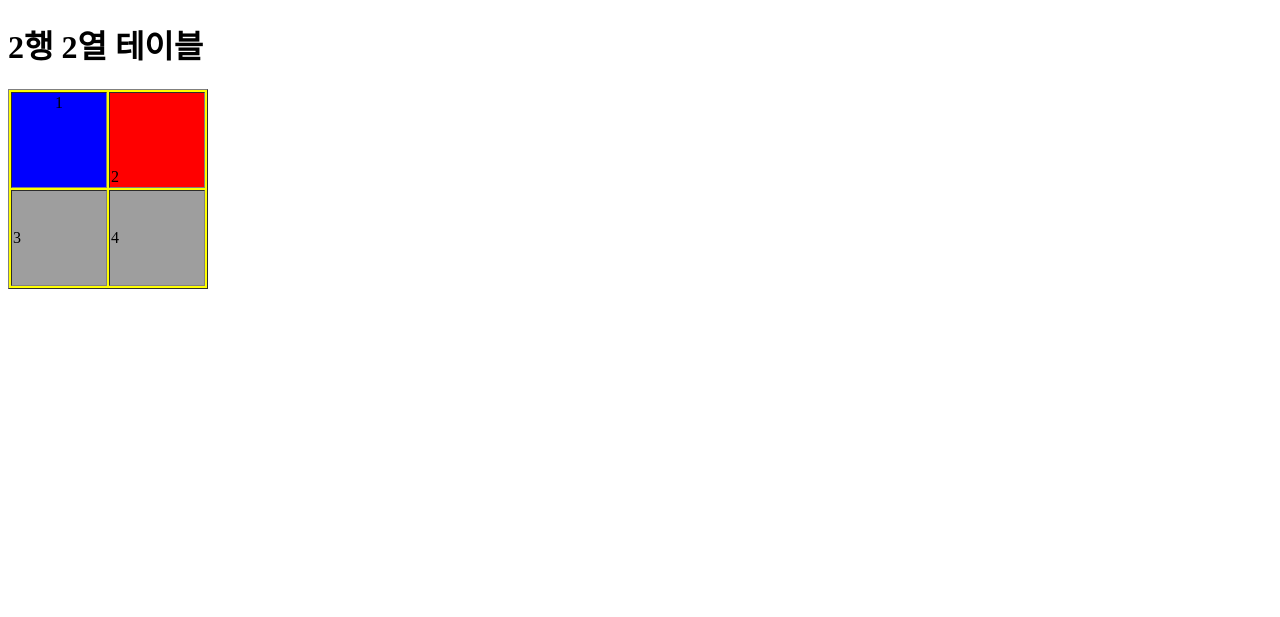
Repository: Hswwwww/WEB
Page: ClientTest/src/main/webapp/html/ex15_table.html
These files come from the project's save history. The page is drawn as it stood at one moment and after the next save; the edit follows.
The browser window is 1280 px wide. The pictures show the whole page.
Pictures or frames that could not be fetched are drawn as grey boxes.

Above is the page before, as saved 2024-03-13 06:20:42.

### ClientTest/src/main/webapp/html/ex15_table.html
<!DOCTYPE html>
<html>
<head>
<meta charset="UTF-8">
<title>Insert title here</title>
</head>
<body>

	<!--

	표
	1. 표를 만들기 위해서 사용
	2. 레이아웃을 만들기 위해서 사용

	테이블 구성요소
	1. 가장 큰 상자
		- <table>
		- 테이블 전체 컨테이너
	2. 중간 긴 상자
		- <tr>
		- table row
		- 테이블 행
	3. 가장 작은 상자
		- <td>
		- table data
		- 테이블 셀
		- 데이터를 담는 태그




	 -->

	<h1>2행 2열 테이블</h1>
	<table border = "1" width = "200" height = "200" bgcolor = "yellow">
		<tr bgcolor = "red">
			<td align = "center" valign = "top" bgcolor = "blue">1</td>
			<td align = "left" valign = "bottom">2</td>
		</tr>

		<tr>
			<td background = "images/man_01.png">3</td>
			<td background = "images/man_02.png">4</td>
		</tr>
	</table>



</body>
</html>

After the next save:
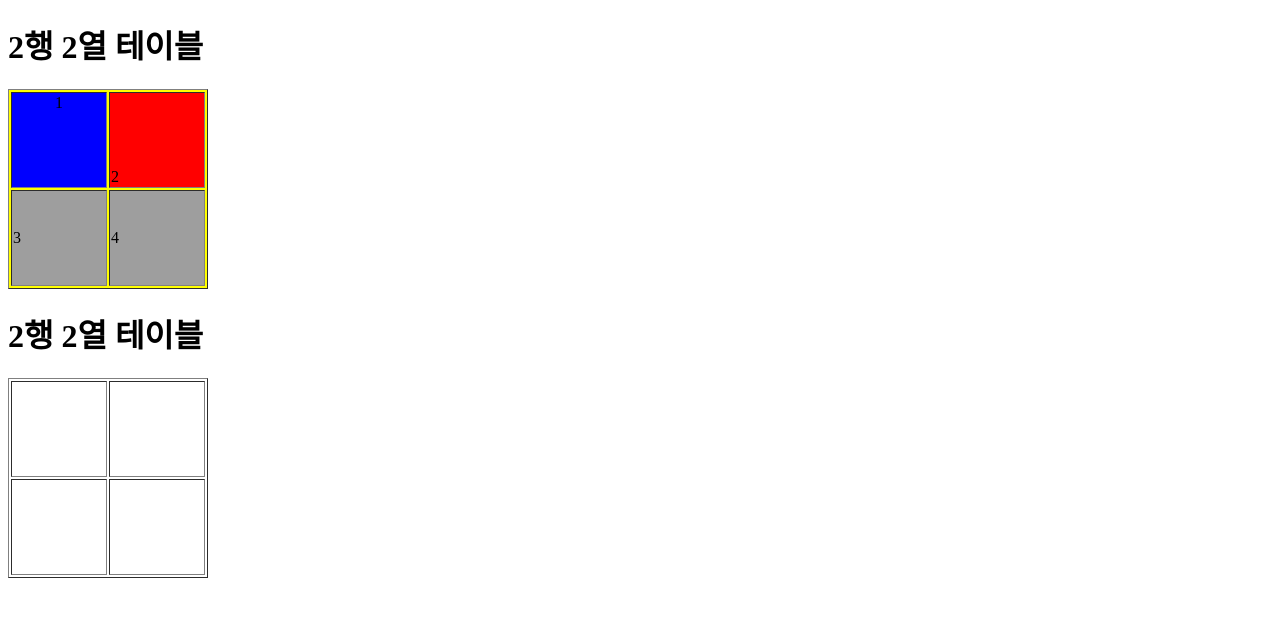
Saved 110 s later.
--- a/ClientTest/src/main/webapp/html/ex15_table.html
+++ b/ClientTest/src/main/webapp/html/ex15_table.html
@@ -45,6 +45,17 @@
 	</table>
 
 
+	<h1>2행 2열 테이블</h1>
+	<table border = "1" width = "200" height = "200">
+		<tr>
+			<td></td>
+			<td></td>
+		</tr>
+		<tr>
+			<td></td>
+			<td></td>
+		</tr>
+	</table>
 
 </body>
 </html>
